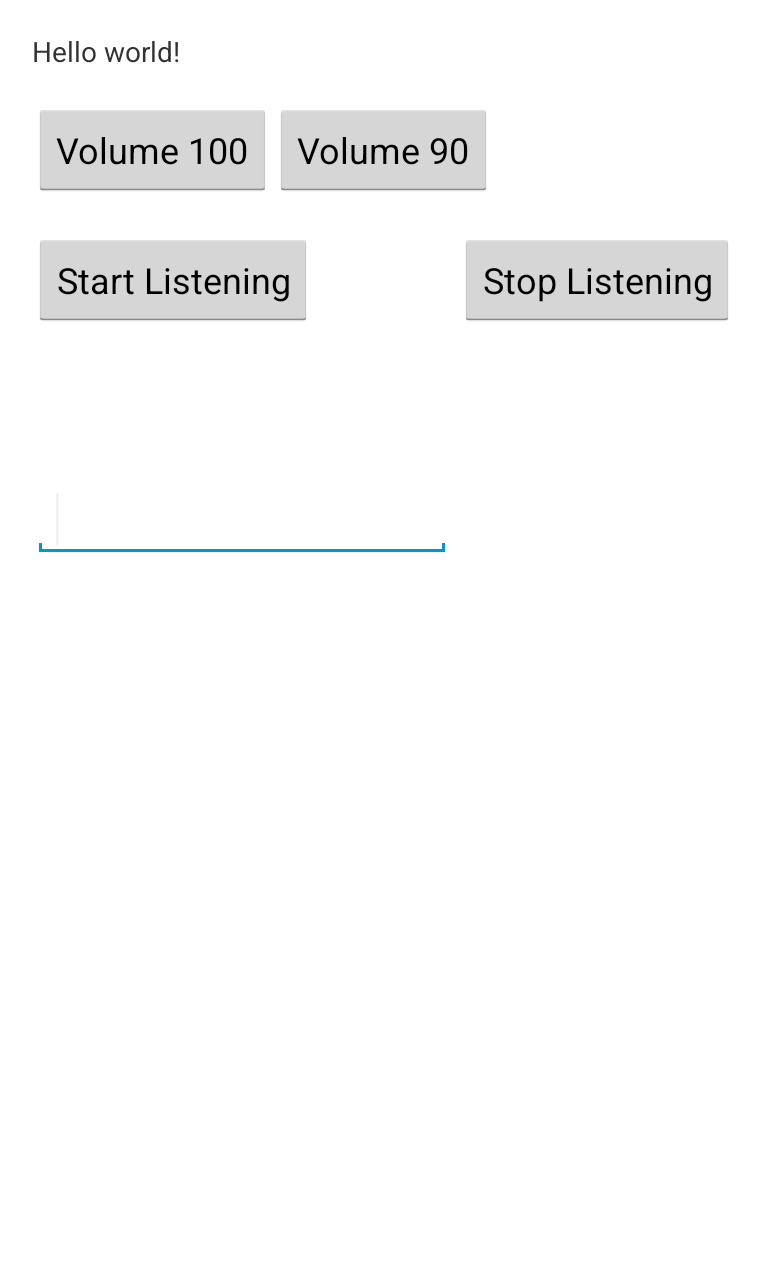
Repository: kmcgain/AutoVolume
Layout: AutoVolume/res/layout/activity_main.xml
These files come from the project's save history. The layout is drawn as it stood at one moment and after the next save; the edit follows.
It is drawn on a 768 x 1280 px phone screen (xhdpi) without system bars, with theme AppTheme; the app's code is not run.

Above is the layout before, as saved 2014-01-12 12:34:35.

### AutoVolume/res/layout/activity_main.xml
<RelativeLayout xmlns:android="http://schemas.android.com/apk/res/android"
    xmlns:tools="http://schemas.android.com/tools"
    android:layout_width="match_parent"
    android:layout_height="match_parent"
    android:paddingBottom="@dimen/activity_vertical_margin"
    android:paddingLeft="@dimen/activity_horizontal_margin"
    android:paddingRight="@dimen/activity_horizontal_margin"
    android:paddingTop="@dimen/activity_vertical_margin"
    tools:context=".MainActivity" >

	    <TextView
	        android:id="@+id/textView1"
	        android:layout_width="wrap_content"
	        android:layout_height="wrap_content"
	        android:text="@string/hello_world" />

	    <Button
	        android:id="@+id/button1"
	        android:layout_width="wrap_content"
	        android:layout_height="wrap_content"
	        android:layout_alignLeft="@+id/textView1"
	        android:layout_below="@+id/textView1"
	        android:layout_marginTop="16dp"
	        android:text="Volume 100"
	        android:onClick="volume100_Click"/>

	    <Button
	        android:id="@+id/button2"
	        android:layout_width="wrap_content"
	        android:layout_height="wrap_content"
	        android:layout_alignBaseline="@+id/button1"
	        android:layout_alignBottom="@+id/button1"
	        android:layout_toRightOf="@+id/button1"
	        android:text="Volume 90"
	        android:onClick="volume90_Click" />

	    <Button
	        android:id="@+id/button3"
	        android:layout_width="wrap_content"
	        android:layout_height="wrap_content"
	        android:layout_alignLeft="@+id/button1"
	        android:layout_below="@+id/button1"
	        android:layout_marginTop="17dp"
	        android:text="Start Listening"
	        android:onClick="startListening_Click"/>

	    <Button
	        android:id="@+id/button4"
	        android:layout_width="wrap_content"
	        android:layout_height="wrap_content"
	        android:layout_alignBaseline="@+id/button3"
	        android:layout_alignBottom="@+id/button3"
	        android:layout_alignParentRight="true"
	        android:onClick="stopListening_Click"
	        android:text="Stop Listening" />

	    <EditText
	        android:id="@+id/ampDisplay"
	        android:layout_width="wrap_content"
	        android:layout_height="wrap_content"
	        android:layout_alignLeft="@+id/button3"
	        android:layout_below="@+id/button3"
	        android:layout_marginTop="76dp"
	        android:ems="10" >

	        <requestFocus />
	    </EditText>


    <!-- <LinearLayout android:orientation="vertical"
   android:layout_width="fill_parent"
   android:layout_height="250dip"
   android:id="@+id/graph1"
   android:layout_marginTop="150dp"/>-->
</RelativeLayout>

### AutoVolume/res/values/strings.xml
<?xml version="1.0" encoding="utf-8"?>
<resources>

    <string name="app_name">AutoVolume</string>
    <string name="action_settings">Settings</string>
    <string name="hello_world">Hello world!</string>

</resources>

Loaded but not shown: AutoVolume/res/values/styles.xml (common file); AutoVolume/res/values-v11/styles.xml (common file); AutoVolume/res/values-v14/styles.xml (common file); AutoVolume/res/values/dimens.xml (common file)

After the next save:
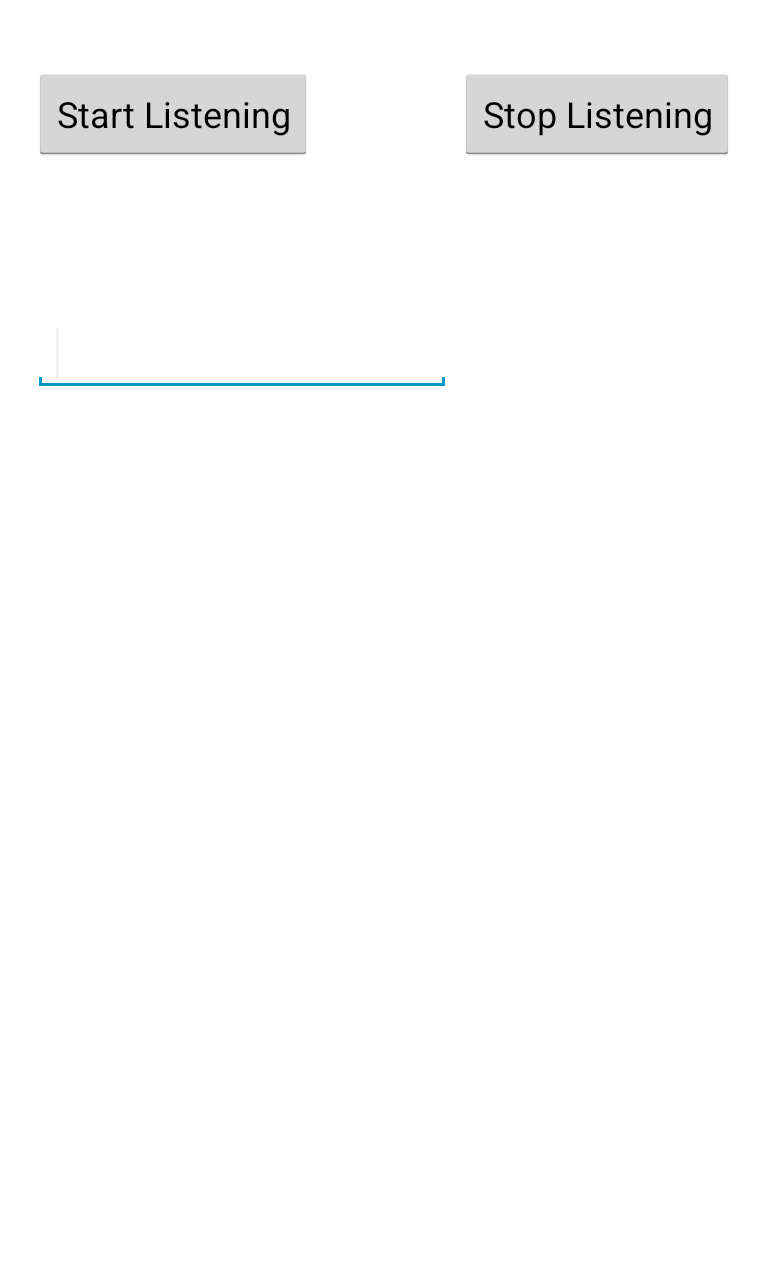
Saved 13 min 22 s later.
--- a/AutoVolume/res/layout/activity_main.xml
+++ b/AutoVolume/res/layout/activity_main.xml
@@ -8,68 +8,42 @@
     android:paddingTop="@dimen/activity_vertical_margin"
     tools:context=".MainActivity" >
 
-	    <TextView
-	        android:id="@+id/textView1"
-	        android:layout_width="wrap_content"
-	        android:layout_height="wrap_content"
-	        android:text="@string/hello_world" />
+    <Button
+        android:id="@+id/button3"
+        android:layout_width="wrap_content"
+        android:layout_height="wrap_content"
+        android:layout_marginTop="17dp"
+        android:onClick="startListening_Click"
+        android:text="Start Listening" />
 
-	    <Button
-	        android:id="@+id/button1"
-	        android:layout_width="wrap_content"
-	        android:layout_height="wrap_content"
-	        android:layout_alignLeft="@+id/textView1"
-	        android:layout_below="@+id/textView1"
-	        android:layout_marginTop="16dp"
-	        android:text="Volume 100"
-	        android:onClick="volume100_Click"/>
+    <Button
+        android:id="@+id/button4"
+        android:layout_width="wrap_content"
+        android:layout_height="wrap_content"
+        android:layout_alignBaseline="@+id/button3"
+        android:layout_alignBottom="@+id/button3"
+        android:layout_alignParentRight="true"
+        android:onClick="stopListening_Click"
+        android:text="Stop Listening" />
 
-	    <Button
-	        android:id="@+id/button2"
-	        android:layout_width="wrap_content"
-	        android:layout_height="wrap_content"
-	        android:layout_alignBaseline="@+id/button1"
-	        android:layout_alignBottom="@+id/button1"
-	        android:layout_toRightOf="@+id/button1"
-	        android:text="Volume 90"
-	        android:onClick="volume90_Click" />
+    <EditText
+        android:id="@+id/ampDisplay"
+        android:layout_width="wrap_content"
+        android:layout_height="wrap_content"
+        android:layout_alignLeft="@+id/button3"
+        android:layout_below="@+id/button3"
+        android:layout_marginTop="76dp"
+        android:ems="10" >
 
-	    <Button
-	        android:id="@+id/button3"
-	        android:layout_width="wrap_content"
-	        android:layout_height="wrap_content"
-	        android:layout_alignLeft="@+id/button1"
-	        android:layout_below="@+id/button1"
-	        android:layout_marginTop="17dp"
-	        android:text="Start Listening"
-	        android:onClick="startListening_Click"/>
+        <requestFocus />
+    </EditText>
 
-	    <Button
-	        android:id="@+id/button4"
-	        android:layout_width="wrap_content"
-	        android:layout_height="wrap_content"
-	        android:layout_alignBaseline="@+id/button3"
-	        android:layout_alignBottom="@+id/button3"
-	        android:layout_alignParentRight="true"
-	        android:onClick="stopListening_Click"
-	        android:text="Stop Listening" />
-
-	    <EditText
-	        android:id="@+id/ampDisplay"
-	        android:layout_width="wrap_content"
-	        android:layout_height="wrap_content"
-	        android:layout_alignLeft="@+id/button3"
-	        android:layout_below="@+id/button3"
-	        android:layout_marginTop="76dp"
-	        android:ems="10" >
-
-	        <requestFocus />
-	    </EditText>
-
-
-    <!-- <LinearLayout android:orientation="vertical"
+    <!--
+   <LinearLayout android:orientation="vertical"
    android:layout_width="fill_parent"
    android:layout_height="250dip"
    android:id="@+id/graph1"
-   android:layout_marginTop="150dp"/>-->
+   android:layout_marginTop="150dp"/>
+    -->
+
 </RelativeLayout>
